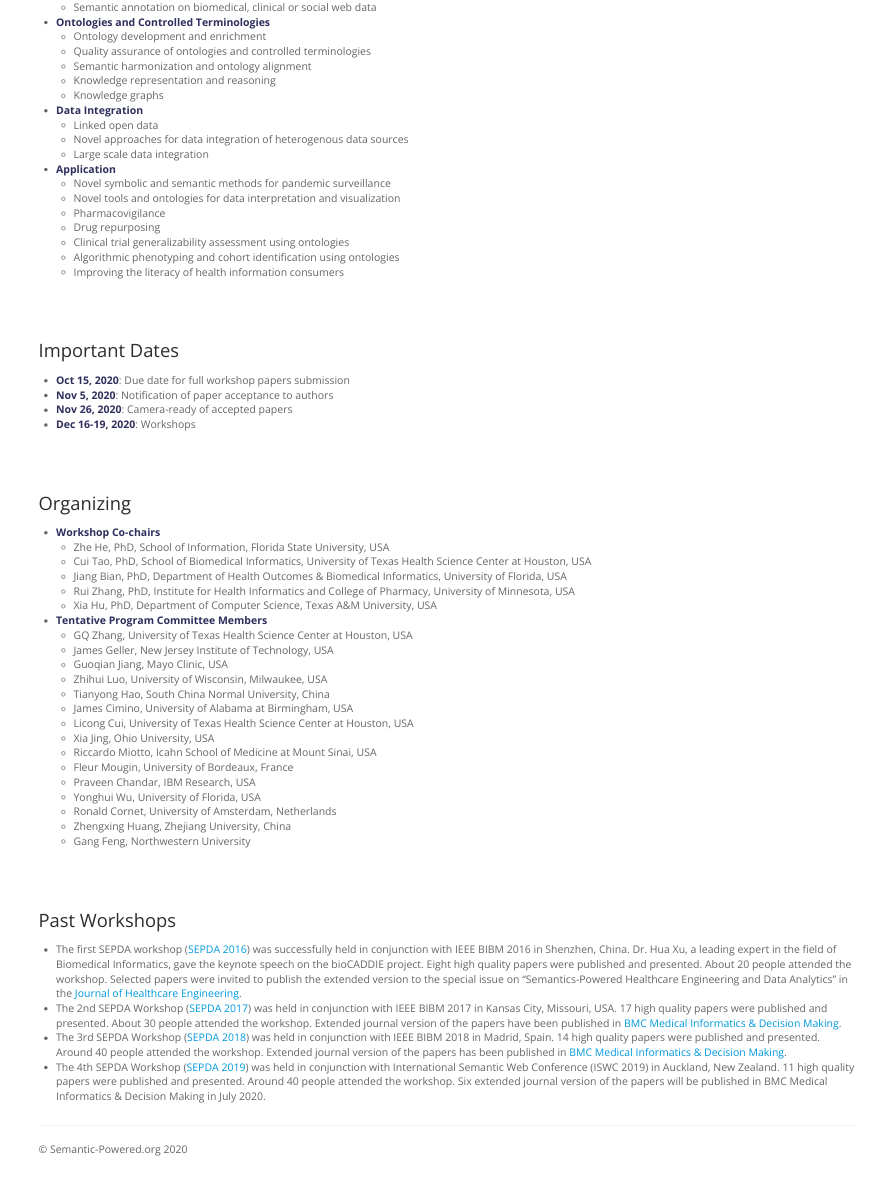
Repository: bianjiang/semantics-powered.org
Page: sepda2020.html
An editor plug-in stored every save of this project. The page is shown before and after the next save, followed by the edit.
The browser window is 1280 px wide. The pictures show the part of the page from y = 1091 to 3011 px (the page is 2794 px tall before and 3011 px after), at 70% of full size.
Some web libraries are served in a nearby version.

Above is the page before, as saved 2020-05-21 10:51:22.
Console error (its wording comes from the project's code and is left out).

After the next save:
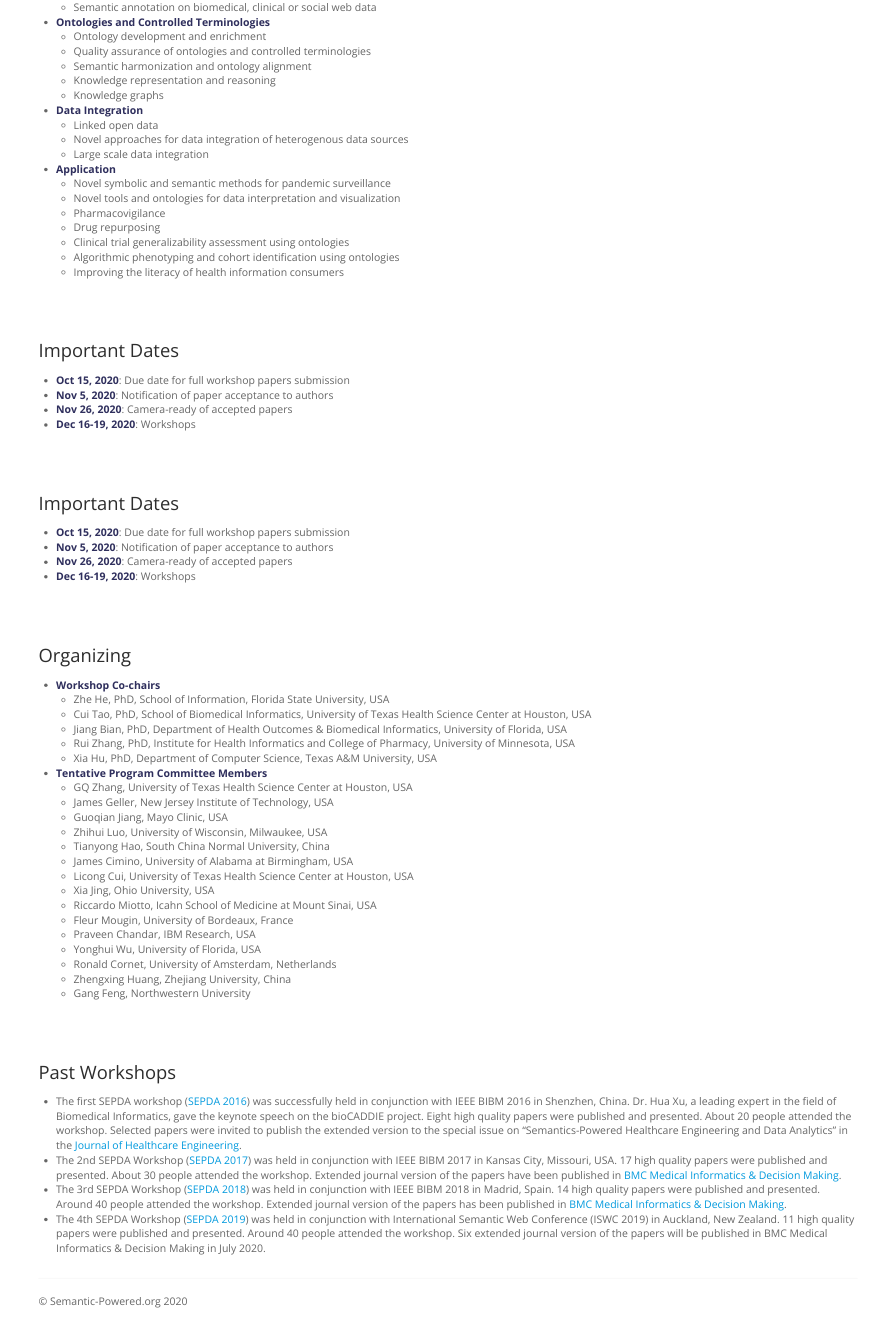
Saved 92 days later.
--- a/sepda2020.html
+++ b/sepda2020.html
@@ -167,6 +167,19 @@
       </div>
     </section>
 
+    <section id="submission">
+      <div class="row">
+        <div class="span12">
+          <h3>Important Dates</h3>
+          <ul>
+          <li><b>Oct 15, 2020</b>: Due date for full workshop papers submission</li>
+          <li><b>Nov 5, 2020</b>: Notification of paper acceptance to authors</li>
+          <li><b>Nov 26, 2020</b>: Camera-ready of accepted papers</li>
+          <li><b>Dec 16-19, 2020</b>: Workshops</li>
+        </ul>
+        </div>
+      </div>
+    </section>
 
     <section id="organization">
       <div class="row">
